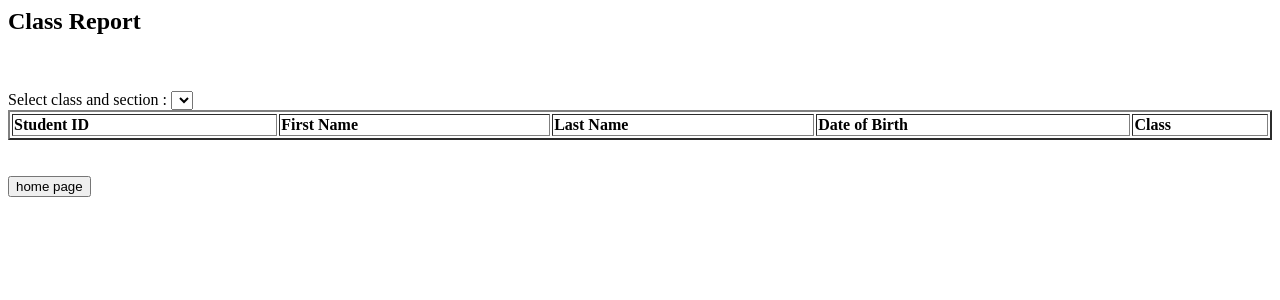
Repository: anithagnana123/Simplilearn_Phase2_project
Page: http://localhost/phase2-project/classreport.jsp
These files come from the project's save history. The page is drawn as it stood at one moment and after the next save; the edit follows.
The browser window is 1280 px wide. The pictures show the whole page.
The page is served by Tomcat 9. Queries for data that is not in the repository find no rows.

Above is the page before, as saved 2022-10-26 10:59:07.

After the next save:
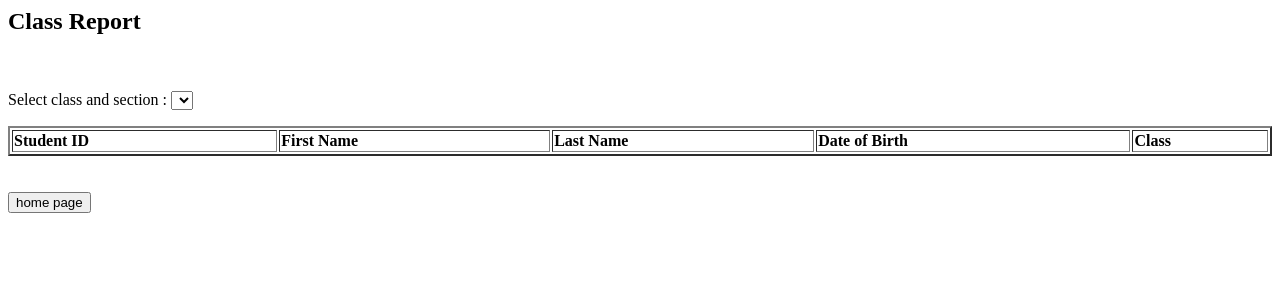
Saved 98 s later.
--- a/phase2-project/src/main/webapp/classreport.jsp
+++ b/phase2-project/src/main/webapp/classreport.jsp
@@ -19,6 +19,7 @@
 
 <br> <br>
 
+<form action="studentreport.jsp" method="get">
 <table>
 
     <sql:query var="rs" dataSource="${database}">
@@ -35,6 +36,7 @@
     </tr>
 
 </table>
+</form>
 
 
     <sql:query var="rs" dataSource="${database}">
